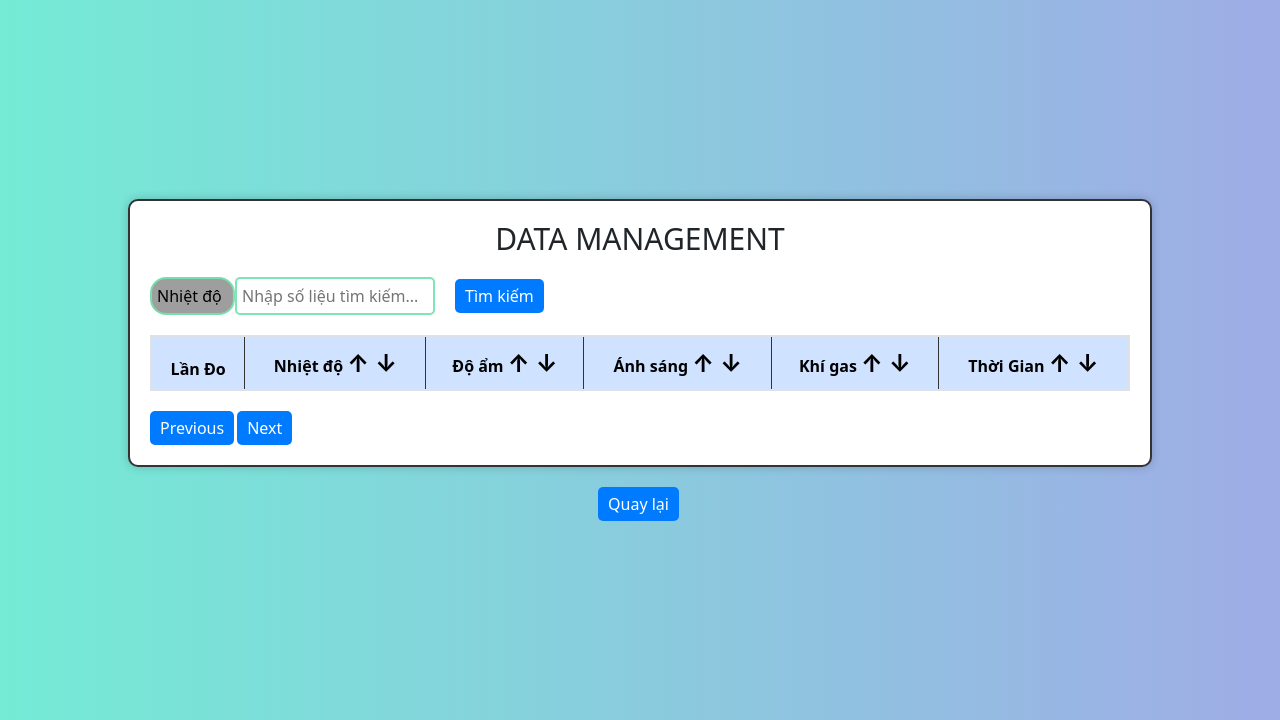
Repository: ndmq03102002/BTL_IOT
Page: Fontend_IOT/iot/data.html
The author's editor kept a copy of each file at every save. The page is drawn from the files as they stood at one save, then again after the next save.
The browser window is 1280 px wide. The pictures show the whole page.
Pictures or frames that could not be fetched are drawn as grey boxes. The page's requests for data from a server got no answer.

Above is the page before, as saved 2023-11-03 09:16:01.

### Fontend_IOT/iot/data.html
<!DOCTYPE html>
<html lang="en">
  <head>
    <meta charset="UTF-8" />
    <meta name="viewport" content="width=device-width, initial-scale=1.0" />
    <title>Data</title>
    <link rel="stylesheet" href="bootstrap/css/bootstrap.css" />
    <style>
      body {
        background: linear-gradient(to right, #74ebd5, #9face6);
        min-height: 100vh;
        margin: 0;
        display: flex;
        flex-direction: column;
        align-items: center;
        justify-content: center;
      }

      .container {
        background-color: white;
        border: 2px solid #333;
        border-collapse: collapse;
        width: 80%;
        padding: 20px;
        box-shadow: 0 0 10px rgba(0, 0, 0, 0.2);
        border-radius: 10px;
      }

      .search-container {
        margin: 20px 0;
        display: flex;
        align-items: center;
      }

      input {
        color: #000;
        width: 200px;
        border: 2px solid #75e4b0ed;
        margin-right: 20px;
        padding: 5px;
        border-radius: 5px;
      }

      table {
        width: 100%;
        border-collapse: collapse;
        border: 2px solid #333;
        background-color: white;
        margin-top: 20px;
      }

      th,
      td {
        border: 1px solid #333;
        padding: 10px;
        text-align: center;
      }

      th {
        background-color: #007bff;
        color: white;
      }

      .pagination {
        margin-top: 20px;
        display: flex;
        list-style: none;
        padding: 0;
      }

      .page-item {
        margin-right: 10px;
      }

      .page-link {
        text-decoration: none;
        background-color: #007bff;
        color: #fff;
        padding: 5px 10px;
        border-radius: 5px;
      }

      .page-link:hover {
        background-color: #0056b3;
      }

      .sort-icon {
        font-size: 24px;
        cursor: pointer;
      }

      button {
        border-radius: 5px;
        margin-right: 3px;
        background-color: #007bff;
        color: #fff;
        border: none;
        padding: 5px 10px;
      }
      select {
        color: #000;
        border: 2px solid #75e4b0ed;
        padding: 5px;
        border-radius: 16px;
        background: transparent; /* Loại bỏ nền màu mặc định */
        -webkit-appearance: none; /* Loại bỏ giao diện mặc định của trình duyệt trên Safari/Chrome */
        -moz-appearance: none; /* Loại bỏ giao diện mặc định của trình duyệt trên Firefox */
        appearance: none; /* Loại bỏ giao diện mặc định của trình duyệt */
        background-image: url("path/to/your-arrow-icon.png"); /* Thay đổi biểu tượng mũi tên dropdown */
        background-repeat: no-repeat;
        background-position: right center;
      }

      /* Tùy chỉnh hover state cho select */
      select:hover {
        border-color: #007bff; /* Màu khi hover */
      }

      /* Tùy chỉnh khi select được focus */
      select:focus {
        outline: none; /* Loại bỏ border focus */
      }
    </style>
  </head>
  <body>
    <div class="container">
      <h1 style="text-align: center; font-size: 30px">DATA MANAGEMENT</h1>
      <div class="search-container">
        <select id="searchColumn" style="border-radius: 16px">
          <option value="temp">Nhiệt độ</option>
          <option value="hum">Độ ẩm</option>
          <option value="light">Ánh sáng</option>
          <option value="gas">Khí gas</option>
          <option value="time">Thời gian</option>
        </select>
        <input
          type="text"
          id="searchInput"
          placeholder="Nhập số liệu tìm kiếm..."
        />
        <button id="searchButton">Tìm kiếm</button>
      </div>
      <table class="table table-hover">
        <thead class="table-primary">
          <tr>
            <th>Lần Đo</th>
            <th>
              Nhiệt độ
              <span
                value="temp"
                id="sort-by-temperature-incre"
                class="sort-icon"
              >
                &#x2191;
              </span>
              <span
                value="temp"
                id="sort-by-temperature-decre"
                class="sort-icon"
              >
                &#x2193;</span
              >
            </th>
            <th>
              Độ ẩm
              <span value="hum" id="sort-by-humidity-incre" class="sort-icon">
                &#x2191;
              </span>
              <span value="hum" id="sort-by-humidity-decre" class="sort-icon">
                &#x2193;</span
              >
            </th>
            <th>
              Ánh sáng
              <span value="light" id="sort-by-light-incre" class="sort-icon">
                &#x2191;
              </span>
              <span value="light" id="sort-by-light-decre" class="sort-icon">
                &#x2193;</span
              >
            </th>
            <th>
              Khí gas
              <span value="gas" id="sort-by-gas-incre" class="sort-icon">
                &#x2191;
              </span>
              <span value="gas" id="sort-by-gas-decre" class="sort-icon">
                &#x2193;</span
              >
            </th>
            <th>
              Thời Gian
              <span value="time" id="sort-by-time-incre" class="sort-icon">
                &#x2191;
              </span>
              <span value="time" id="sort-by-time-decre" class="sort-icon">
                &#x2193;</span
              >
            </th>
          </tr>
        </thead>
        <tbody>
          <!-- data from database -->
        </tbody>
      </table>
      <div class="pagination">
        <button id="prevBtn">Previous</button>
        <div id="pageBtns"></div>
        <button id="nextBtn">Next</button>
      </div>
    </div>
    <button
      style="
        margin-top: 20px;
        border-radius: 5px;
        background-color: #007bff;
        color: #fff;
        border: none;
        padding: 5px 10px;
      "
    >
      <a href="index.html" style="text-decoration: none; color: #fff"
        >Quay lại</a
      >
    </button>
  </body>
  <script src="dataJs.js"></script>
</html>

### Fontend_IOT/iot/dataJs.js
let dataFromSpringBoot = [];

function getTempAllData() {
  return fetch(`http://localhost:8080/all`)
    .then(function (response) {
      return response.json();
    })
    .then(function (posts) {
      dataFromSpringBoot = posts;
    })
    .catch(function (err) {
      console.log(err);
    });
}

const itemsPerPage = 10;

// Hàm để lấy dữ liệu cho trang cụ thể
function getDataForPage(page, ArrayData) {
  const startIndex = (page - 1) * itemsPerPage;
  const endIndex = startIndex + itemsPerPage;
  return ArrayData.slice(startIndex, endIndex);
}

// Hiển thị dữ liệu lên bảng
function displayData(data) {
  const tbodyElement = document.querySelector("tbody");
  tbodyElement.innerHTML = ""; // Xóa dữ liệu cũ

  data.forEach((rowData) => {
    const row = document.createElement("tr");
    row.innerHTML = `<td>${rowData.id}</td><td>${rowData.temp}</td><td>${rowData.hum}</td><td>${rowData.light}</td><td>${rowData.gas}</td><td>${rowData.time}</td></td>`;
    tbodyElement.appendChild(row);
  });
}

function displayPage(page, ArrayData) {
  const data = getDataForPage(page, ArrayData);
  displayData(data);
}

function updatePaginationUI(totalPages, currentPage, ArrayData) {
  createPageButtons(totalPages, currentPage, ArrayData);
  if (currentPage === 1) {
    prevBtn.classList.add("hidden");
  } else {
    prevBtn.classList.remove("hidden");
  }

  if (currentPage === totalPages) {
    nextBtn.classList.add("hidden");
  } else {
    nextBtn.classList.remove("hidden");
  }
}

function createPageButtons(totalPages, currentPage, ArrayData) {
  pageBtns.innerHTML = "";
  if (totalPages <= 8) {
    for (let i = 1; i <= totalPages; i++) {
      const pageButton = document.createElement("button");
      pageButton.textContent = i;
      pageButton.addEventListener("click", () => goToPage(totalPages, i, ArrayData));
      pageBtns.appendChild(pageButton);
    }
  } else {
    for (let i = 1; i <= 7; i++) {
      const pageButton = document.createElement("button");
      pageButton.textContent = i;
      pageButton.addEventListener("click", () => goToPage(totalPages, i, ArrayData));
      pageBtns.appendChild(pageButton);
    }
    const ellipsis = document.createElement("span");
    ellipsis.textContent = ". . . . . . .";
    pageBtns.appendChild(ellipsis);
    const lastPageButton = document.createElement("button");
    lastPageButton.textContent = totalPages;
    lastPageButton.addEventListener("click", () => goToPage(totalPages, totalPages, ArrayData));
    pageBtns.appendChild(lastPageButton);
  }
}

function goToPage(totalPages, pageNumber, ArrayData) {
  currentPage = pageNumber;
  displayPage(pageNumber, ArrayData);
  updatePaginationUI(totalPages, pageNumber, ArrayData);
}

getTempAllData().then(() => {
  // Hiển thị dữ liệu đã phân trang
  const pageBtns = document.getElementById("pageBtns");
  const prevBtn = document.getElementById("prevBtn");
  const nextBtn = document.getElementById("nextBtn");

  let totalPages = Math.ceil(dataFromSpringBoot.length / 10); // Đặt số trang dựa vào dữ liệu từ backend
  let currentPage = 1;
  displayPage(currentPage, dataFromSpringBoot);
  updatePaginationUI(totalPages, currentPage, dataFromSpringBoot);

  if (totalPages == Math.ceil(dataFromSpringBoot.length / 10)) {
    // Sự kiện nút Previous
    prevBtn.addEventListener("click", () => {
      if (currentPage > 1) {
        goToPage(totalPages, currentPage - 1, dataFromSpringBoot);
      }
    });

    // Sự kiện nút Next
    nextBtn.addEventListener("click", () => {
      if (currentPage < totalPages) {
        goToPage(totalPages, currentPage + 1, dataFromSpringBoot);
      }
    });
  }

  //-----------------------------------------------------Search-------------------------------------------------------------------

  const searchInput = document.getElementById("searchInput");
  const searchButton = document.getElementById("searchButton");
  const searchColumn = document.getElementById("searchColumn");


  function search() {
    const searchText = searchInput.value.trim().toLowerCase();
    const selectedColumn = searchColumn.value;

    let dataSearch = dataFromSpringBoot.filter((item) => {
      if (selectedColumn === "time") {
        return item[selectedColumn].toLowerCase().includes(searchText);
      }
      return item[selectedColumn] == searchText;
    });

    const totalPages = Math.ceil(dataSearch.length / itemsPerPage);
    let currentPage = 1;

    displayPage(currentPage, dataSearch);
    updatePaginationUI(totalPages, currentPage, dataSearch);

  }

  searchButton.addEventListener("click", search);

  function Sort(columnSelect, isIncreasing) {
    dataFromSpringBoot.sort((a, b) => {
      const valA = a[columnSelect];
      const valB = b[columnSelect];
      if (columnSelect === "time") {
        return isIncreasing ? valA.localeCompare(valB) : valB.localeCompare(valA);
      }
      return isIncreasing ? valA - valB : valB - valA;
    });

    let totalPages = Math.ceil(dataFromSpringBoot.length / itemsPerPage);
    let currentPage = 1;
    displayPage(currentPage, dataFromSpringBoot);
    updatePaginationUI(totalPages, currentPage, dataFromSpringBoot);
  }

  document.getElementById("sort-by-temperature-incre").addEventListener("click", () => {
    Sort("temp", true);
  });

  document.getElementById("sort-by-temperature-decre").addEventListener("click", () => {
    Sort("temp", false);
  });

  document.getElementById("sort-by-humidity-incre").addEventListener("click", () => {
    Sort("hum", true);
  });

  document.getElementById("sort-by-humidity-decre").addEventListener("click", () => {
    Sort("hum", false);
  });

  document.getElementById("sort-by-light-incre").addEventListener("click", () => {
    Sort("light", true);
  });

  document.getElementById("sort-by-light-decre").addEventListener("click", () => {
    Sort("light", false);
  });

  document.getElementById("sort-by-gas-incre").addEventListener("click", () => {
    Sort("gas", true);
  });

  document.getElementById("sort-by-gas-decre").addEventListener("click", () => {
    Sort("gas", false);
  });

  document.getElementById("sort-by-time-incre").addEventListener("click", () => {
    Sort("time", true);
  });

  document.getElementById("sort-by-time-decre").addEventListener("click", () => {
    Sort("time", false);
  });

});

Loaded but not shown: Fontend_IOT/iot/bootstrap/css/bootstrap.css (library)

After the next save:
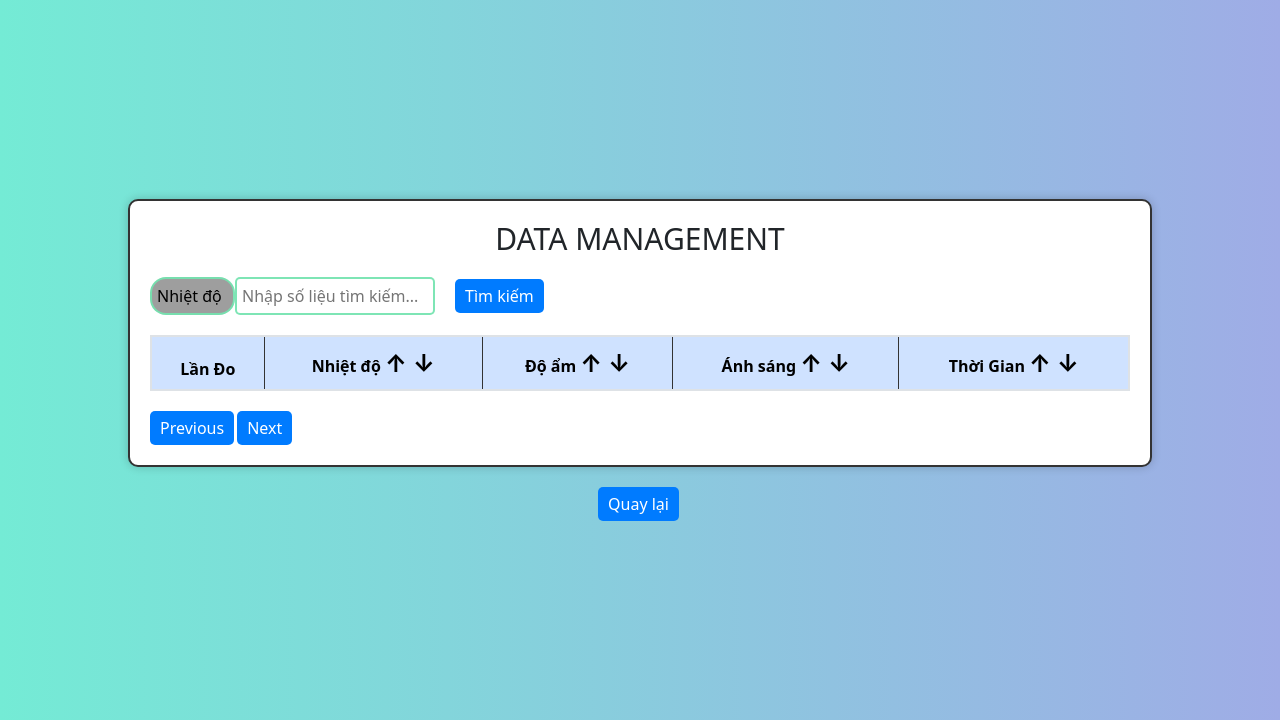
Console error: TypeError: Cannot read properties of null (reading 'addEventListener')
Saved 62 s later.
--- a/Fontend_IOT/iot/data.html
+++ b/Fontend_IOT/iot/data.html
@@ -130,7 +130,6 @@
           <option value="temp">Nhiệt độ</option>
           <option value="hum">Độ ẩm</option>
           <option value="light">Ánh sáng</option>
-          <option value="gas">Khí gas</option>
           <option value="time">Thời gian</option>
         </select>
         <input
@@ -176,15 +175,6 @@
                 &#x2191;
               </span>
               <span value="light" id="sort-by-light-decre" class="sort-icon">
-                &#x2193;</span
-              >
-            </th>
-            <th>
-              Khí gas
-              <span value="gas" id="sort-by-gas-incre" class="sort-icon">
-                &#x2191;
-              </span>
-              <span value="gas" id="sort-by-gas-decre" class="sort-icon">
                 &#x2193;</span
               >
             </th>
@@ -220,8 +210,7 @@
       "
     >
       <a href="index.html" style="text-decoration: none; color: #fff"
-        >Quay lại</a
-      >
+        >Quay lại</a>
     </button>
   </body>
   <script src="dataJs.js"></script>

After the save that followed:
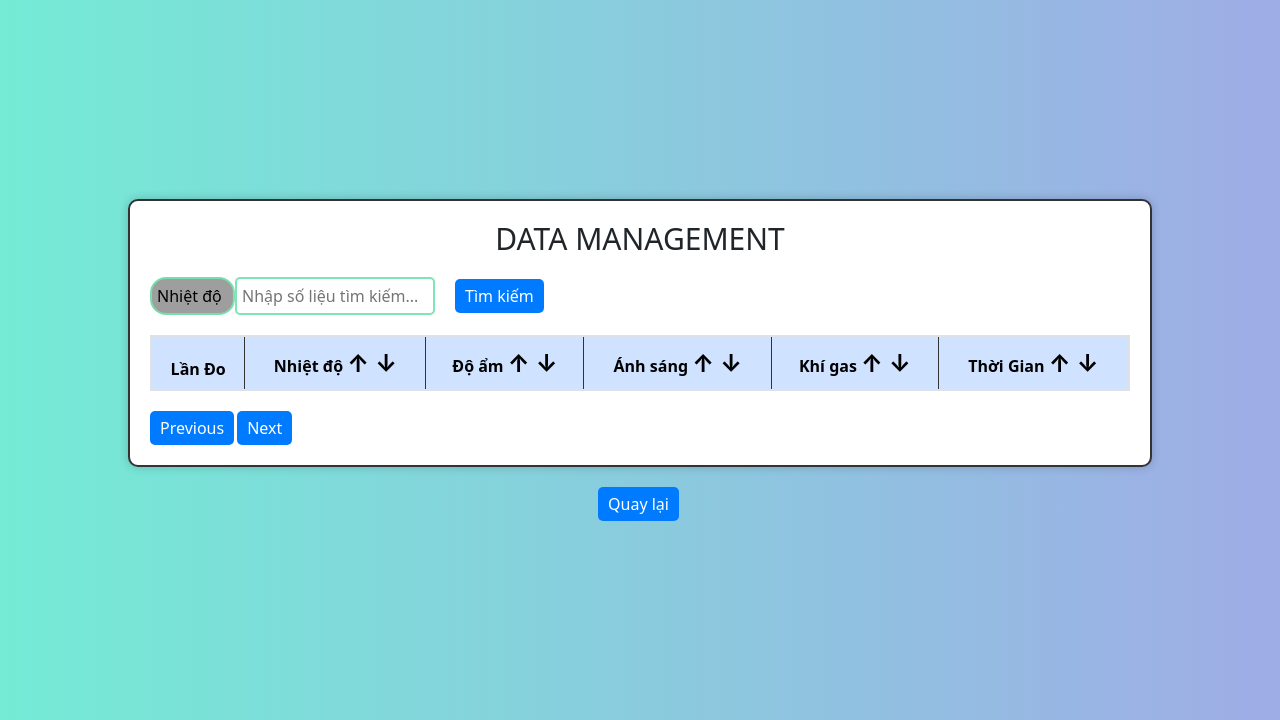
The error is gone.
Saved 2 min 26 s later.
--- a/Fontend_IOT/iot/data.html
+++ b/Fontend_IOT/iot/data.html
@@ -130,6 +130,7 @@
           <option value="temp">Nhiệt độ</option>
           <option value="hum">Độ ẩm</option>
           <option value="light">Ánh sáng</option>
+          <option value="gas">Khí gas</option>
           <option value="time">Thời gian</option>
         </select>
         <input
@@ -175,6 +176,15 @@
                 &#x2191;
               </span>
               <span value="light" id="sort-by-light-decre" class="sort-icon">
+                &#x2193;</span
+              >
+            </th>
+            <th>
+              Khí gas
+              <span value="gas" id="sort-by-gas-incre" class="sort-icon">
+                &#x2191;
+              </span>
+              <span value="gas" id="sort-by-gas-decre" class="sort-icon">
                 &#x2193;</span
               >
             </th>
@@ -210,7 +220,8 @@
       "
     >
       <a href="index.html" style="text-decoration: none; color: #fff"
-        >Quay lại</a>
+        >Quay lại</a
+      >
     </button>
   </body>
   <script src="dataJs.js"></script>
